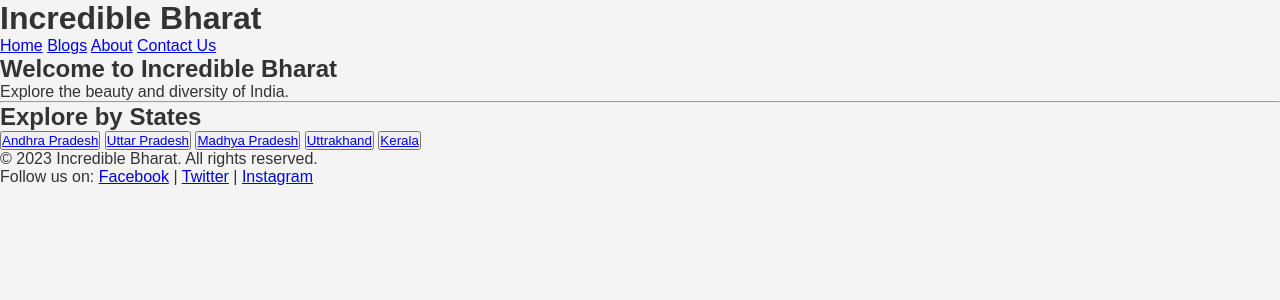
Repository: jaidhiman111/incrediblebharat
Page: index.html
An editor plug-in stored every save of this project. The page is shown before and after the next save, followed by the edit.
The browser window is 1280 px wide. The pictures show the whole page.

Above is the page before, as saved 2025-04-30 21:27:25.

After the next save:
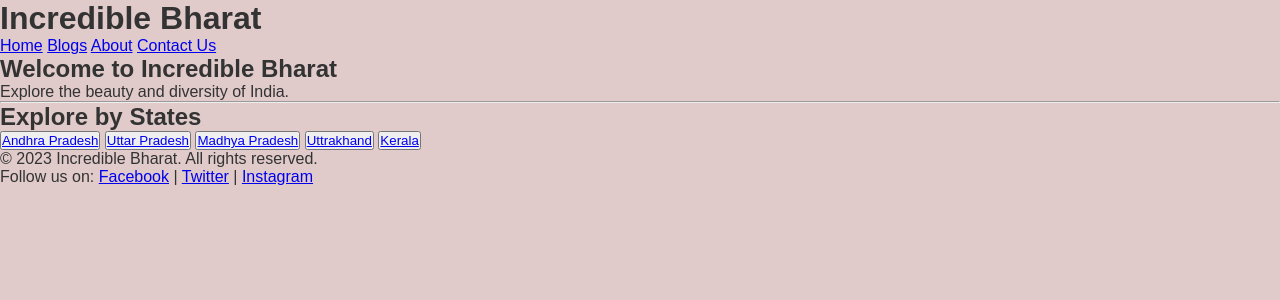
Saved 8 s later.
--- a/assets/style.css
+++ b/assets/style.css
@@ -6,6 +6,6 @@
 
 body {
     font-family: Arial, sans-serif;
-    background-color: #f4f4f4;
+    background-color: #e0caca;
     color: #333;
 }
